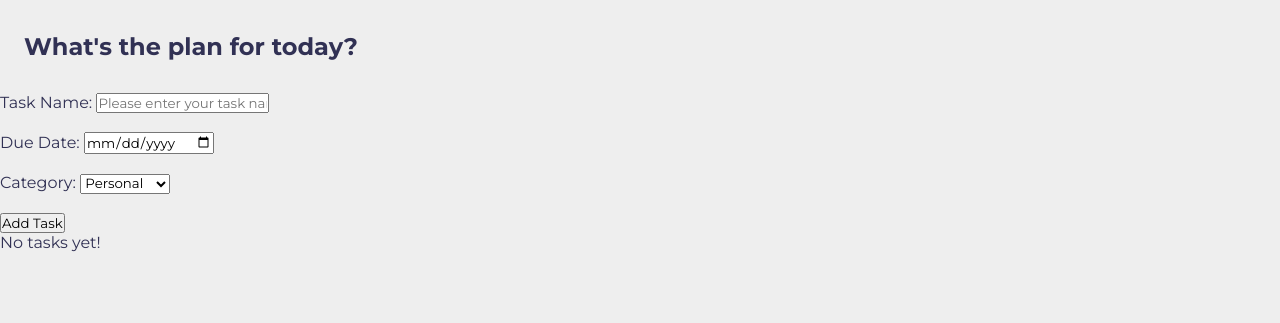
Repository: comp426-2023-spring/a99-SnowPile
Page: http://localhost/
The author's editor kept a copy of each file at every save. The page is drawn from the files as they stood at one save, then again after the next save.
The browser window is 1280 px wide. The pictures show the whole page.
Some web fonts or font styles are not loaded; a fallback is used. The page is served by the project's Node server (app.js).

Above is the page before, as saved 2023-04-15 21:10:48.

After the next save:
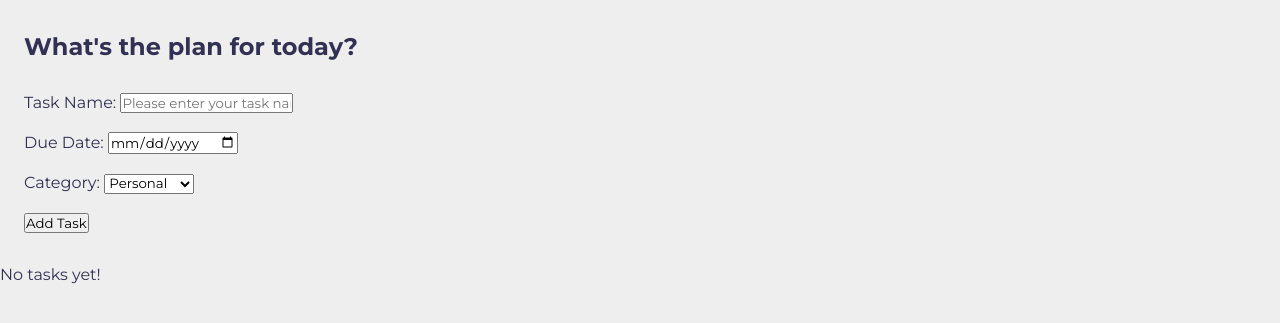
Saved 99 s later.
--- a/frontend/views/index.ejs
+++ b/frontend/views/index.ejs
@@ -18,24 +18,25 @@
 
 
     <!-- New Todo -->
-    <section class="create-todo"></section>
-    <form action="/addTask" method="POST">
-      <div class="add-1"></div>
-      <label for="taskName">Task Name:</label>
-      <input type="text" placeholder="Please enter your task name" id="taskName" name="taskName" required><br><br>
+    <section class="create-todo">
+      <form action="/addTask" method="POST">
+        <label for="taskName">Task Name:</label>
+        <input type="text" placeholder="Please enter your task name" id="taskName" name="taskName" required><br><br>
 
-      <label for="dueDate">Due Date:</label>
-      <input type="date" id="dueDate" name="dueDate" required><br><br>
+        <label for="dueDate">Due Date:</label>
+        <input type="date" id="dueDate" name="dueDate" required><br><br>
 
-      <label for="category">Category:</label>
-      <select id="category" name="category">
-        <option value="Personal">Personal</option>
-        <option value="Academic">Academic</option>
-        <option value="Work">Work</option>
-      </select><br><br>
+        <label for="category">Category:</label>
+        <select id="category" name="category">
+          <option value="Personal">Personal</option>
+          <option value="Academic">Academic</option>
+          <option value="Work">Work</option>
+        </select><br><br>
 
-      <input type="submit" value="Add Task">
-    </form>
+        <input type="submit" value="Add Task">
+
+      </form>
+    </section>
   </section>
 
     <% if (tasks.length === 0) { %>
